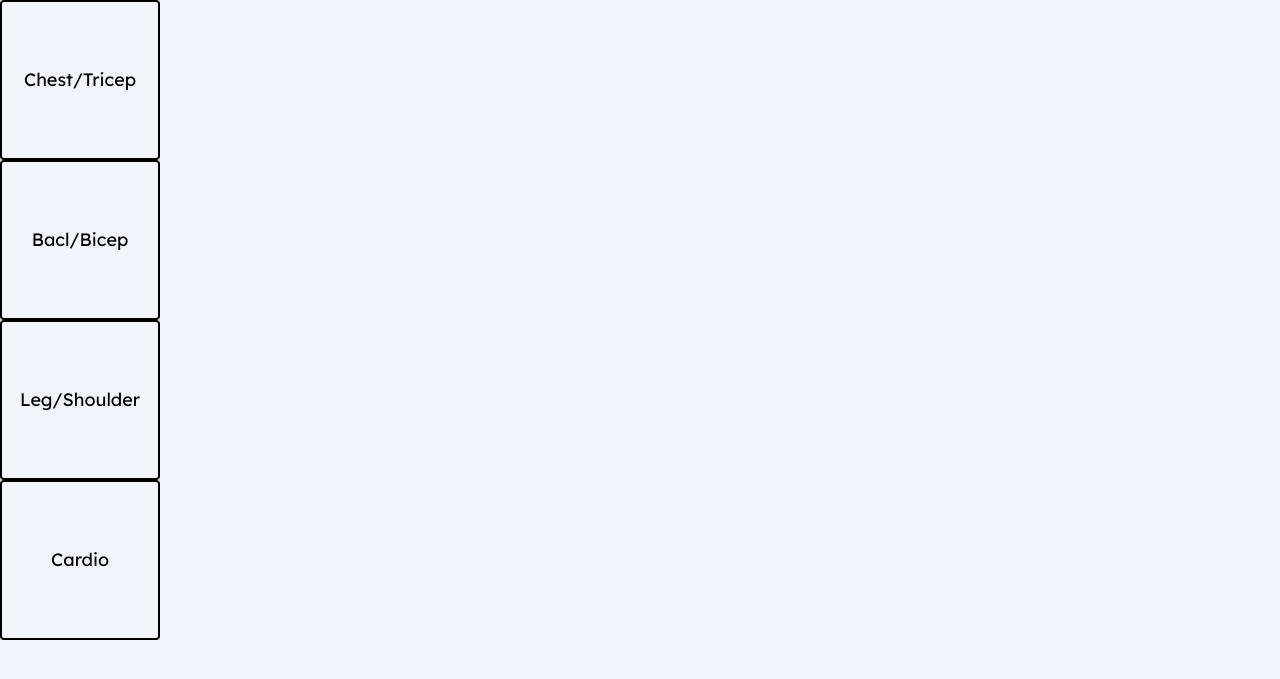
Repository: stavan30/tracker
Page: /
These files come from the project's save history. The page is drawn as it stood at one moment and after the next save; the edit follows.
The browser window is 1280 px wide. The pictures show the whole page.
The project was rebuilt for these pictures with package versions that can differ from the ones it lists, and the page was loaded fresh each time. Also part of the build but not shown: vite.config.js.

Above is the page before, as saved 2024-02-23 18:00:16.

### src/App.jsx
import { useState } from 'react';
import Card from './Components/Card';

function App() {


  return (
    <div>
      <Card day="Chest/Tricep"/>
      <Card day="Bacl/Bicep"/>
      <Card day="Leg/Shoulder"/>
      <Card day="Cardio"/>
    </div>
  )
}

export default App

### src/index.css
@import url('https://fonts.googleapis.com/css2?family=Lexend:wght@100..900&display=swap');

@tailwind base;
@tailwind components;
@tailwind utilities;

@layer utilities {
  body {
    @apply bg-slate-100;
  }
}

### src/Components/Card.jsx
import React from 'react'

const Card = (props) => {
  return (
    <div className='flex items-center justify-center text-black text-lg font-lex border-2 border-black rounded h-40 w-40 text-center '>{props.day}</div>
  )
}

export default Card

### tailwind.config.js
/** @type {import('tailwindcss').Config} */
export default {
  content: [
    "./index.html",
    "./src/**/*.{js,ts,jsx,tsx}",
  ],
  theme: {
    extend: {},
    fontFamily: {
      lex: ["Lexend", "sans-serif"]
    }
  },
  plugins: [],
}

Loaded but not shown: index.html (common file); src/main.jsx (common file)

After the next save:
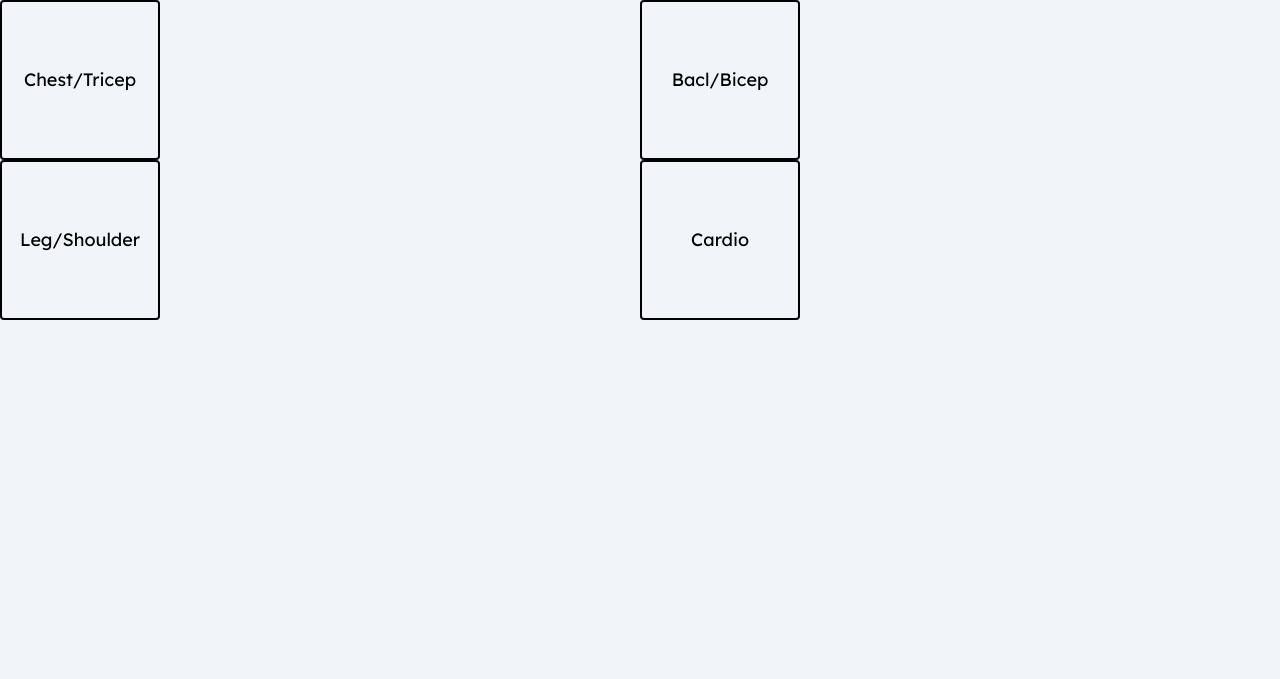
Saved 51 s later.
--- a/src/App.jsx
+++ b/src/App.jsx
@@ -5,7 +5,7 @@ function App() {
 
 
   return (
-    <div>
+    <div className='grid grid-cols-2'>
       <Card day="Chest/Tricep"/>
       <Card day="Bacl/Bicep"/>
       <Card day="Leg/Shoulder"/>
